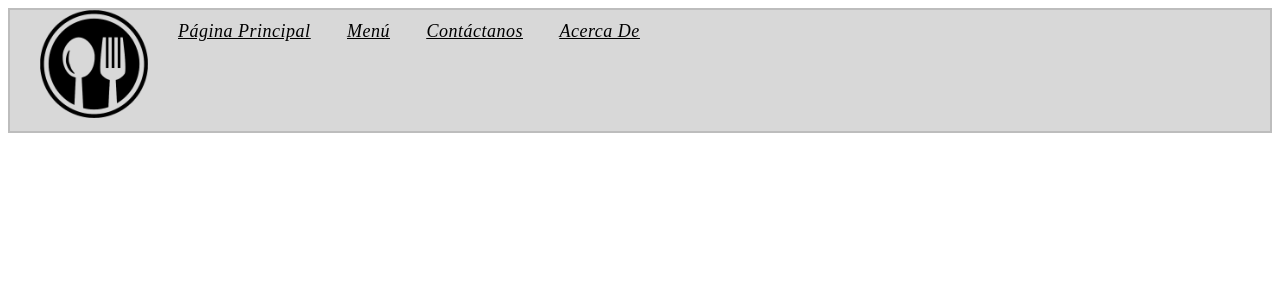
Repository: UVMCoyoacan/eq06_sitio1
Page: index.html
These files come from the project's save history. The page is drawn as it stood at one moment and after the next save; the edit follows.
The browser window is 1280 px wide. The pictures show the whole page.

Above is the page before, as saved 2024-03-06 13:05:03.

After the next save:
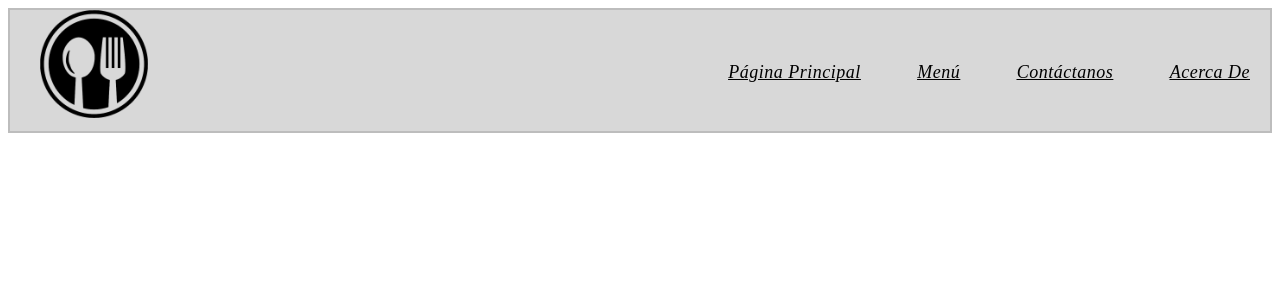
Saved 45 s later.
--- a/Carpeta estilos/estilo1.css
+++ b/Carpeta estilos/estilo1.css
@@ -52,16 +52,23 @@
   background-color: transparent;
 }
 
-ul {
+.encabezado {
+  display: flex;
+  justify-content: space-between; /* Alinea los elementos a los extremos */
+  align-items: center; /* Centra verticalmente los elementos */
+}
+
+.menu ul {
+  list-style-type: none;
   margin: 0;
   padding: 0;
-  list-style-type: none;
-  text-align: right;
 }
-ul li {
+
+.menu ul li {
   display: inline;
-  margin-left: 10px; /* Ajusta el margen entre elementos */
+  margin-left: 10px; /* Espacio entre elementos */
 }
-ul li:first-child {
-  margin-left: 0; /* Elimina el margen del primer elemento */
+
+.menu ul li:first-child {
+  margin-left: 0;
 }
